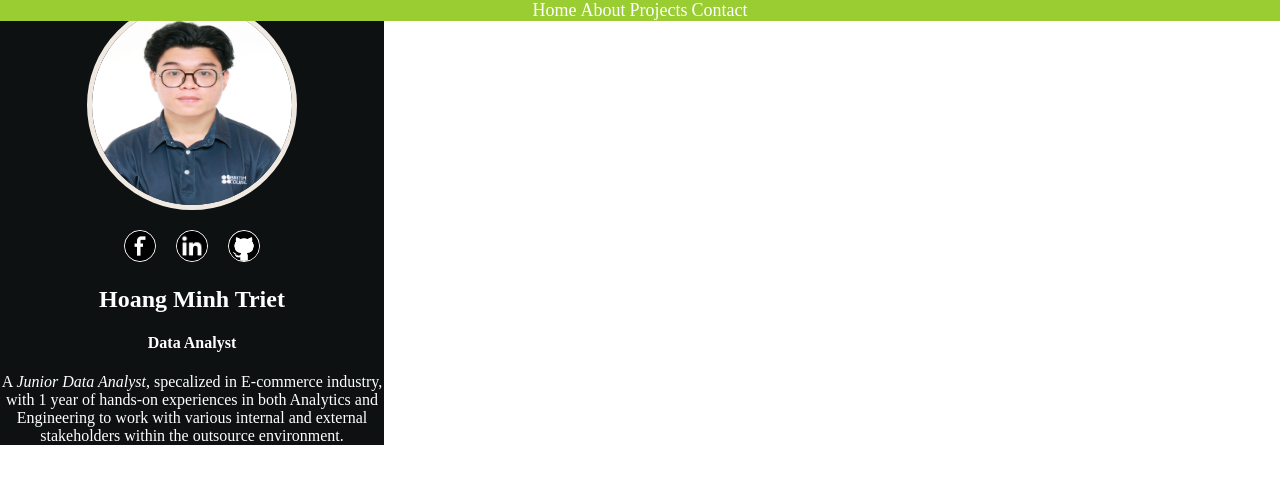
Repository: MinnTrit/personal_website
Page: http://localhost/
These files come from the project's save history. The page is drawn as it stood at one moment and after the next save; the edit follows.
The browser window is 1280 px wide. The pictures show the whole page.
The page is served by the project's application, run on Flask 3 (app.py).

Above is the page before, as saved 2025-01-29 12:05:41.

### templates/index.html
<!DOCTYPE html>
<html lang="en">
<head>
    <meta charset="UTF-8">
    <meta name="viewport" content="width=device-width, initial-scale=1.0">
    <link rel="stylesheet" href="{{ url_for('static', filename='css/styles.css') }}">
    <title>Data Engineer - Hoang Minh Triet</title>
</head>
<body>
    <header>
        <nav class="navbar">
            <a href="">Home</a>
            <a href="">About</a>
            <a href="">Projects</a>
            <a href="">Contact</a>
        </nav>
    </header>
    <main>
        <div class="picture">
            <img src="{{ url_for('static', filename='imgs/personal_image.jpg') }}" alt="personalImage">
            <div class="information">
                <a href="https://www.facebook.com/minhtriet05042003/" target="_blank">
                    <img class="facebook" src="{{ url_for('static', filename='imgs/facebook.jpg') }}" alt="facebook">
                </a>
                <a href="https://www.linkedin.com/in/minchit0504/" target="_blank">
                    <img class="linkedin" src="{{ url_for('static', filename='imgs/linkedin-logo.png') }}" alt="linkedin">
                </a>
                <a href="https://www.linkedin.com/in/minchit0504/" target="_blank">
                    <img class="github" src="{{ url_for('static', filename='imgs/github.png') }}" alt="github">
                </a>
            </div>
            <div class="pictureText">
                <h2>Hoang Minh Triet</h2>
                <h4>Data Analyst</h4>
                <p>A <em>Junior Data Analyst</em>, specalized in E-commerce industry, with 1 year of hands-on experiences in both Analytics and Engineering to work with various internal and external stakeholders within the outsource environment.</p>
            </div>
        </div>

    </main>
</body>
</html>

### app.py
from flask import Flask, request, render_template
app = Flask(__name__)
app.debug=True
#Initialize common variables
@app.route('/', methods=['GET', 'POST'])
def index():
    if request.method == 'GET':
        return render_template('index.html')

if __name__ == '__main__':
    app.run(host='0.0.0.0', port=5002, debug=True)

### static/css/styles.css
header {
    position: fixed; /* Position the header to always be at the top */
    top: 0px;
    left: 0px;
    width: 100%;
    background: yellowgreen;
    display: flex;
    justify-content: center;
    align-items: flex-end;
    z-index: 100px;
}

.navbar a {
    font-size: 18px;
    color: white;
    text-decoration: none;
    font-weight: 500;
}

.navbar a:hover {
    color: #00abf0
}

html, body {
    height: 100%;
    margin: 0;
    color: white;
}

.picture {
    background-color:#0e1111;
    width: 30%;
    height: 100%;
}

.picture img {
    display: block;
    width: 200px;
    height: 200px;
    margin-left: auto;
    margin-right: auto;
    border-radius: 50%;
    border: 5px solid;
    border-color:#efe9e2;
}

.picture .pictureText {
    text-align: center;
    transform: translateY(100%);
    opacity: 0;
    animation: slideInFromBottom 1s ease-in-out forwards;
}

@keyframes slideInFromBottom {
    0% {
        transform: translateY(100%);
        opacity: 0;
    }
    100% {
        transform: translateY(0);
        opacity: 1;
    }
}


.sections {
    display: flex;
    justify-content: right;
    position: absolute;
    top: 0;
    right: 0;
    background-color:#3b444b;
    width: 70%;
    height: 100%;
    gap: 50px;
}

.sections .h2 {
    display: inline-block;
}

.information {
    margin-top: 20px;
    display: flex;
    justify-content: center;
    gap: 20px;
}

.information img {
    width: 30px;
    height: 30px;
    display: inline-block;
    border: 1px solid;
    border-color: white;
}

.information img:hover {
    opacity:1.0;
}

After the next save:
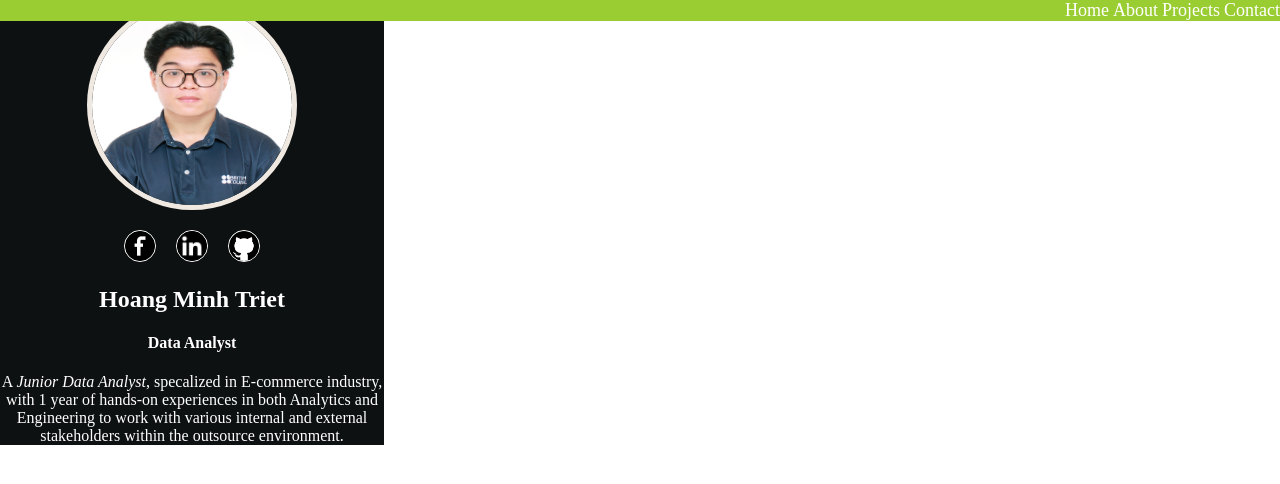
Saved 9 s later.
--- a/static/css/styles.css
+++ b/static/css/styles.css
@@ -5,8 +5,8 @@ header {
     width: 100%;
     background: yellowgreen;
     display: flex;
-    justify-content: center;
-    align-items: flex-end;
+    justify-content: flex-end;
+    align-items: center;
     z-index: 100px;
 }
 
